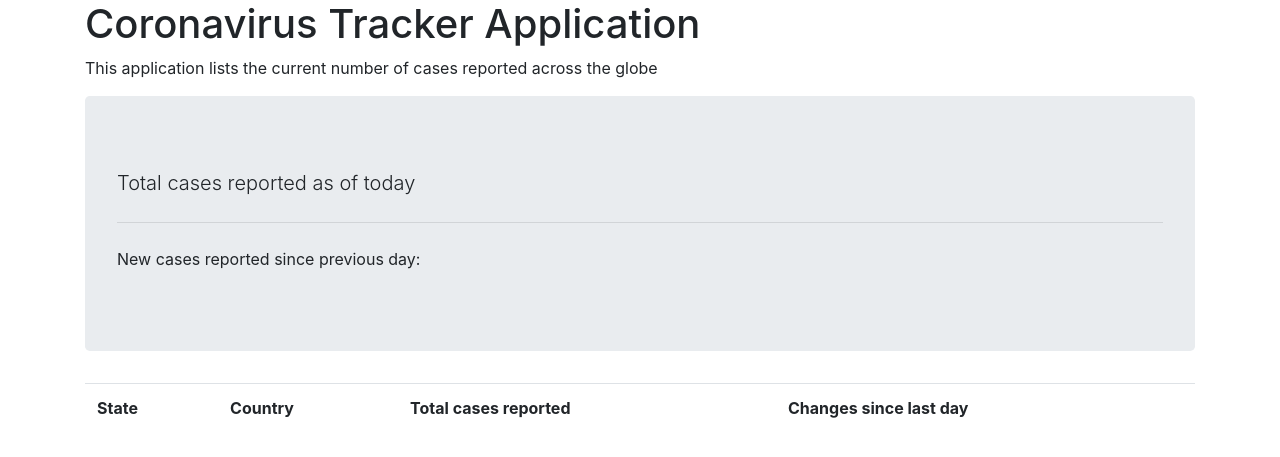
Repository: arthjani/covid_cases_real_time_tracker-
Page: http://localhost/home
These files come from the project's save history. The page is drawn as it stood at one moment and after the next save; the edit follows.
The browser window is 1280 px wide. The pictures show the whole page.
The page is this project's Thymeleaf template; nobody is signed in. The template is opened directly, without the code that normally fills it, so the values that code supplies are empty.

Above is the page before, as saved 2022-03-14 04:35:35.

### covid_tracker/src/main/resources/templates/home.html
<!DOCTYPE html>

<html xmlns:th="http://www.thymeleaf.org">

<head>
    <title>Corona virus Tracker Application</title>
    <meta http-equiv="Content-Type" content="text/html; charset=UTF-8" />
    <link rel="stylesheet" href="https://stackpath.bootstrapcdn.com/bootstrap/4.4.1/css/bootstrap.min.css" integrity="sha384-Vkoo8x4CGsO3+Hhxv8T/Q5PaXtkKtu6ug5TOeNV6gBiFeWPGFN9MuhOf23Q9Ifjh" crossorigin="anonymous">
</head>

<body>
<div class="container">
<h1>Coronavirus Tracker Application</h1>
<p>This application lists the current number of cases reported across the globe</p>

<div class="jumbotron">
    <h1 class="display-4" th:text="${totalReportedCases}"></h1>
    <p class="lead">Total cases reported as of today</p>
    <hr class="my-4">
    <p>
        <span>New cases reported since previous day:</span>
        <span th:text="${totalNewCases}"></span>
    </p>

</div>

    <table class="table">
        <tr>
            <th>State</th>
            <th>Country</th>
            <th>Total cases reported</th>
            <th>Changes since last day</th>
        </tr>
        <tr th:each="locationStat : ${locationStats}">
            <td th:text="${locationStat.state}"></td>
            <td th:text="${locationStat.country}"></td>
            <td th:text="${locationStat.latestTotalCases}">0</td>
            <td th:text="${locationStat.diffFromPrevDay}">0</td>
        </tr>
    </table>
</div>
</body>

</html>

After the next save:
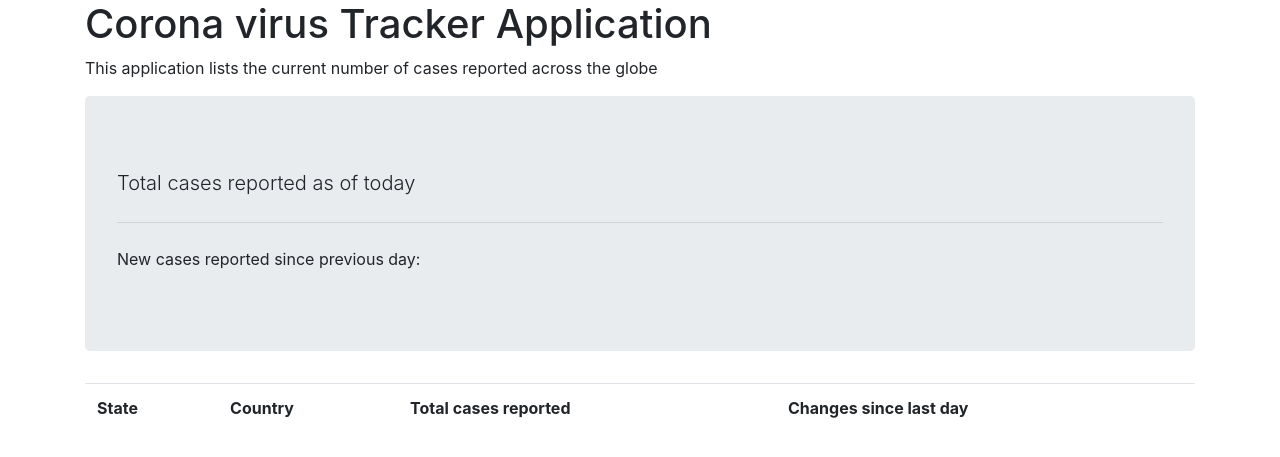
Saved 67 s later.
--- a/covid_tracker/src/main/resources/templates/home.html
+++ b/covid_tracker/src/main/resources/templates/home.html
@@ -10,7 +10,7 @@
 
 <body>
 <div class="container">
-<h1>Coronavirus Tracker Application</h1>
+<h1>Corona virus Tracker Application</h1>
 <p>This application lists the current number of cases reported across the globe</p>
 
 <div class="jumbotron">
